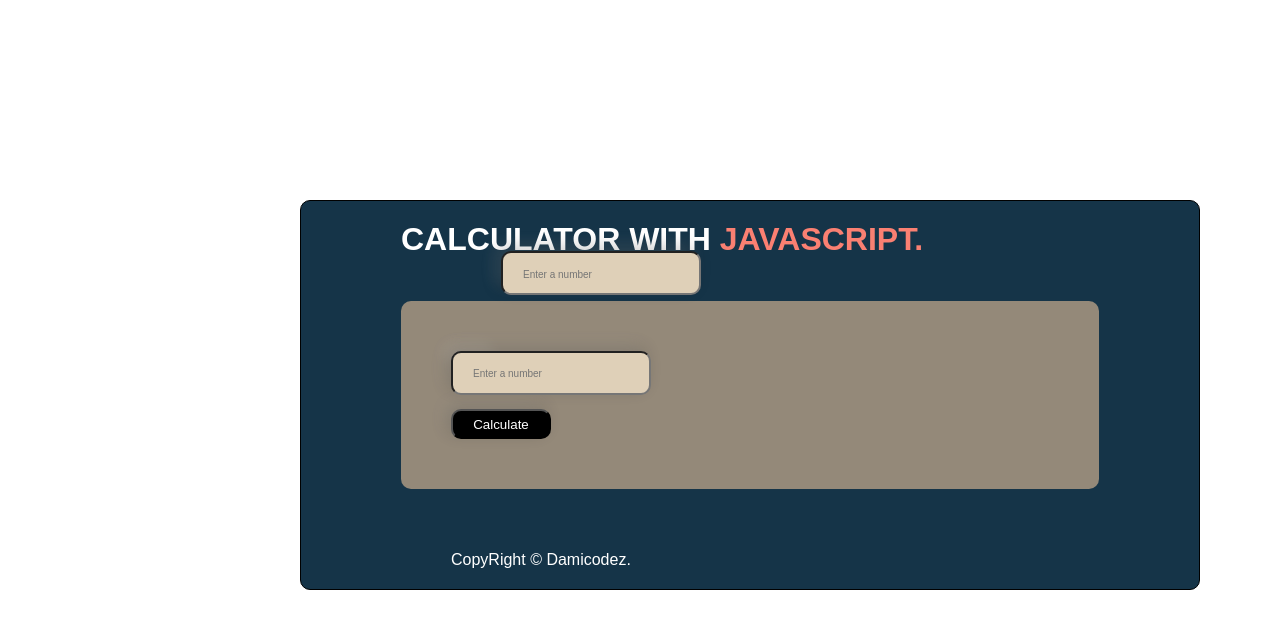
Repository: isaacCodes1/Calculator-with-js
Page: index2.html
These files come from the project's save history. The page is drawn as it stood at one moment and after a run of saves; the edit follows.
The browser window is 1280 px wide. The pictures show the whole page.
Some web fonts or font styles are not loaded; a fallback is used.

Above is the page before, as saved 2024-04-22 15:27:03.

### index2.html
<!DOCTYPE html>
<html lang="en">
  <head>
    <meta charset="UTF-8" />
    <meta name="viewport" content="width=device-width, initial-scale=1.0" />
    <title>Arithmetic Calculator</title>
    <link
      href="https://fonts.cdnfonts.com/css/scientific-calculator-lcd"
      rel="stylesheet"
    />

    <link rel="stylesheet" href="style.css" />
    <link rel="stylesheet" href="mediaquery.css">
  </head>
  <body>
    <main>
      <div class="numm">
        <h1 class="he">CALCULATOR WITH <span class="red">JAVASCRIPT.</span></h1>
        <div class="genDiv">
          <input
            class="num1"
            type="number"
            id="num1"
            placeholder="Enter a number"
            style="font-size: 12px"
          />
          <select class="addition" id="operator">
            <option class="opt" value="add">+</option>
            <option class="opt" value="subtract">-</option>
            <option class="opt" value="multiply">*</option>
            <option class="opt" value="divide">/</option>
          </select>
          <input
            class="num7"
            type="number"
            id="num2"
            placeholder="Enter a number"
            /> <br> <br> <br>
          <button class="cal" onclick="calculate()">Calculate</button>
          <div class="copy">
          <p>CopyRight &#169; Damicodez.</p>
        </div>
        </div>
      </div>
      <script src="script.js"></script>
    </main>
  </body>
</html>

### style.css
* {
  margin: 0;
  padding: 0;
  box-sizing: border-box;
  font-family: "Scientific Calculator LCD", sans-serif;
}
.genDiv {
  background: #948979;
  border-radius: 10px;
  padding: 50px 50px;
}

.main {
  background-color: #dfd0b8;
}
.numm {
  position: absolute;
  top: 200px;
  left: 300px;
  width: 900px;
  border: 1px solid;
  border-radius: 10px;
  background: #153448;
  padding-left: 100px;
  padding-bottom: 100px;
  padding-right: 100px;
  padding-top: 100px;
}
.he {
  color: #fff;
  position: absolute;
  top: 20px;
  font-weight: 900;
  font-style: normal;
}
.red {
  color: salmon;
  font-weight: 900;
}
.num1 {
  width: 200px;
  position: absolute;
  box-shadow: -8px -8px 15px rgba(255, 255, 255, 0.1),
    -5px -5px 15px rgba(0, 0, 0, 0.2);
  background: #dfd0b8;
  height: 40px;
  border-radius: 10px;
  padding: 20px;
  outline: none;
}
.num1::placeholder {
  font-size: 10px;
}
.opt {
  background: #000;
  color: #fff;
  outline: none;
}
.addition {
  width: 50px;
  box-shadow: -8px -8px 15px rgba(255, 255, 255, 0.1);
  background: #dfd0b8;
  height: 20px;
  border-radius: 10px;
  font-size: 18px;
}
.num7 {
  width: 200px;
  box-shadow: -8px -8px 15px rgba(255, 255, 255, 0.1),
    -5px -5px 15px rgba(0, 0, 0, 0.2);
  background: #dfd0b8;
  height: 40px;
  position: absolute;
  top: 50px;
  border-radius: 10px;
  padding: 20px;
  outline: none;
}
.num7::placeholder {
  font-size: 10px;
}
.cal {
  width: 100px;
  height: 30px;
  box-shadow: -8px -8px 15px rgba(255, 255, 255, 0.1),
    -5px -5px 15px rgba(0, 0, 0, 0.2);
  background: #000;
  color:  #fff;
  border-radius: 10px;
  padding: 5px;
  transition: 1s ease-in-out;

}
.cal:hover{
    color:#000;
    background-color: #dbdbdb;
    transition: 1s ease-in-out;
    border-radius: 10px;
}
.copy{
    position: absolute;
    top: 350px;
    color: #fff;
}

### mediaquery.css
@media (max-width: 480px) {
  .genDiv {
    /* padding: 50px 20px; */
  }
  .numm {
    top: 200px;
    width: 480px;
    left: 10px;
    padding: 20px;
    margin-right: 50px;
  }
  .num1::placeholder {
    font-size: 8px;
  }
  .num7::placeholder{
    font-size: 8px;
  }
  .he{
    font-size: 10px;
    top: 40px;
  }
}

### script.js
function calculate() {
    var num1 = parseFloat(document.getElementById('num1').value);
    var operator = document.getElementById('operator').value;
    var num2 = parseFloat(document.getElementById('num2').value);

    var result;

    switch (operator) {
      case 'add':
        result = num1 + num2;
        break;
      case 'subtract':
        result = num1 - num2;
        break;
      case 'multiply':
        result = num1 * num2;
        break;
      case 'divide':
        if (num2 !== 0) {
          result = num1 / num2;
        } else {
          console.log('Error: Division by zero');
          return;
        }
        break;
      default:
        console.log('Error: Invalid operator');
        return;
    }



console.log('Result:', result);
}

After the next 2 saves:
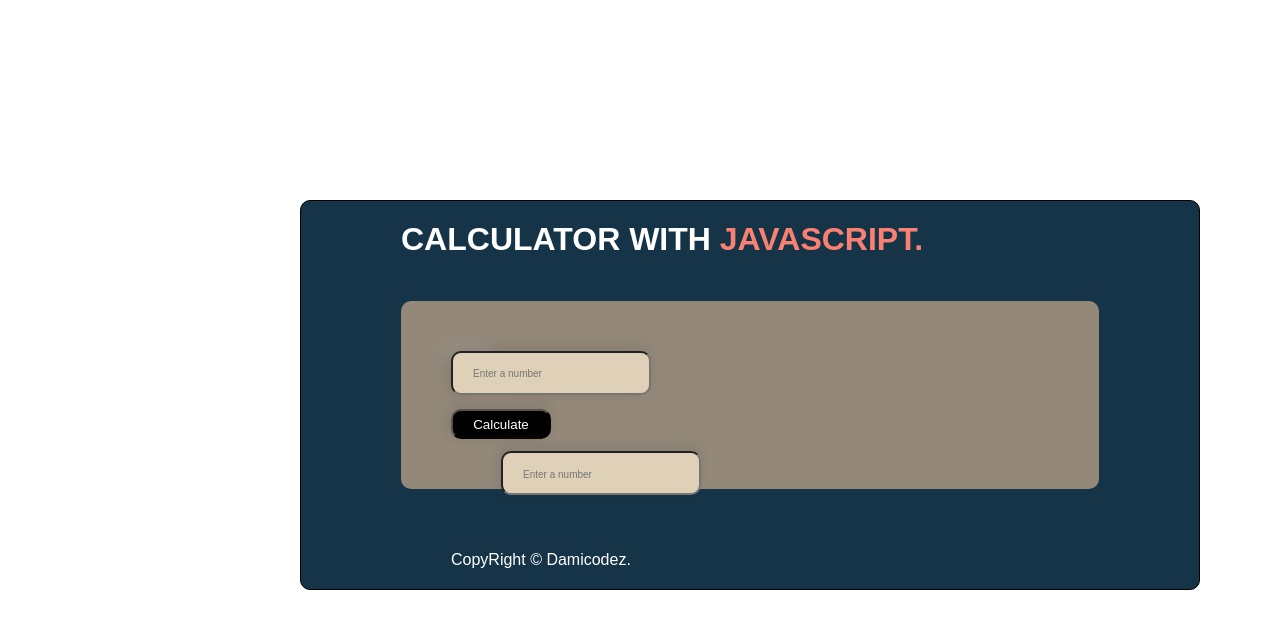
The 2 saves are shown as one change because they came seconds apart.
The last was saved 8 s later.
--- a/style.css
+++ b/style.css
@@ -71,7 +71,7 @@
   background: #dfd0b8;
   height: 40px;
   position: absolute;
-  top: 50px;
+  top: 250px;
   border-radius: 10px;
   padding: 20px;
   outline: none;
